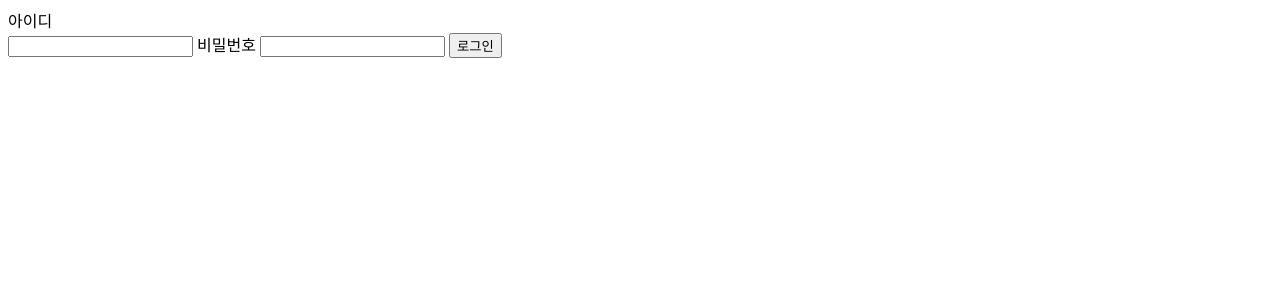
Repository: dnwpdud/WEB_CODES
Page: http://localhost/Web06_JSP_Servlet/homework/HW3.jsp
The author's editor kept a copy of each file at every save. The page is drawn from the files as they stood at one save, then again after the next save.
The browser window is 1280 px wide. The pictures show the whole page.
The page is served by Tomcat 9. Other server files are loaded and not shown.

Above is the page before, as saved 2024-04-02 05:54:19.

### Web06_JSP_Servlet/src/main/webapp/homework/HW3.jsp
<%@ page language="java" contentType="text/html; charset=UTF-8"
    pageEncoding="UTF-8"%>
<!DOCTYPE html>
<html>
<head>
<meta charset="UTF-8">
<title>Login</title>
</head>
<body>
	<%--
	1. 로그인 정보 전송페이지(HW3.jsp)
	- <form action"HW3_login_ayth.jsp" method="post">
	- id, pw input 태그 생성

	2. 로그인 인증 페이지(HW_login_auth.jsp)
	- 전송받은 id, pw를 확인하여 id는 "test", pw는 "1234"일 경우
	  id 세션을 생성(만료 시간은 자유롭게 설정)
	- 세션을 생성한 이후에 HW3_login_result.jsp페이지로 이동
	- 페이지 이동 코드
	ㄴ out.print("<script>location.href='HW3_login_result.jsp'</script>
	- 전송받은 id, pw가 "test", "1234"가 아닌 경우, HW3.jsp 페이지로 이동

	3. 로그인 결과 페이지(HW3_login_result.jsp)
	- 세션에서 id 값을 꺼내서 HTML 태그에 출력
	- 만약, 로그인을 하지 않고 url로 접속할 경우 '로그인 해주세요!!'라고 alert를 띄우고
	  HW3.jsp 페이지로 이동
	- alert 띄우는 코드
	  ㄴ out.pring("Mscript>alert('로그인 해주세요!!');</script>);

	 --%>

	 <form action="HW3_login_ayth.jsp" method="post">
	 	아이디<br>
	 	<input type="text" name="id">
	 	비밀번호
	 	<input type="password" name="pw">
	 	<input type="submit" value="로그인">

	 </form>

</body>
</html>

After the next save:
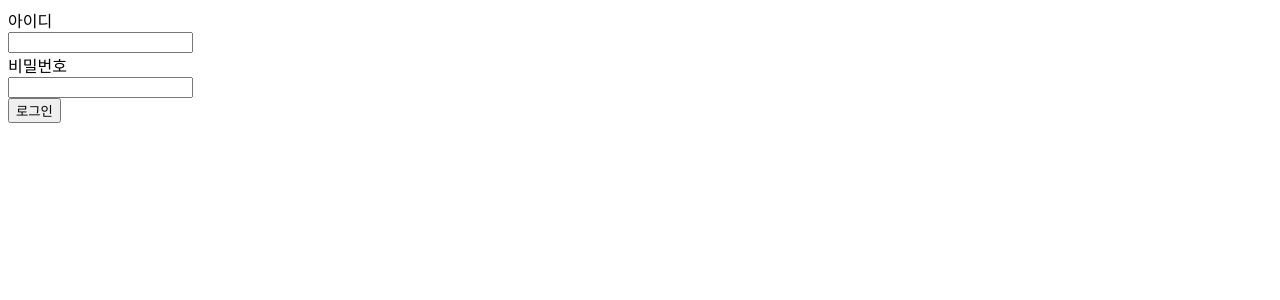
Saved 6 s later.
--- a/Web06_JSP_Servlet/src/main/webapp/homework/HW3.jsp
+++ b/Web06_JSP_Servlet/src/main/webapp/homework/HW3.jsp
@@ -31,10 +31,10 @@
 
 	 <form action="HW3_login_ayth.jsp" method="post">
 	 	아이디<br>
-	 	<input type="text" name="id">
-	 	비밀번호
-	 	<input type="password" name="pw">
-	 	<input type="submit" value="로그인">
+	 	<input type="text" name="id"><br>
+	 	비밀번호<br>
+	 	<input type="password" name="pw"><br>
+	 	<input type="submit" value="로그인"><br>
 
 	 </form>
 
